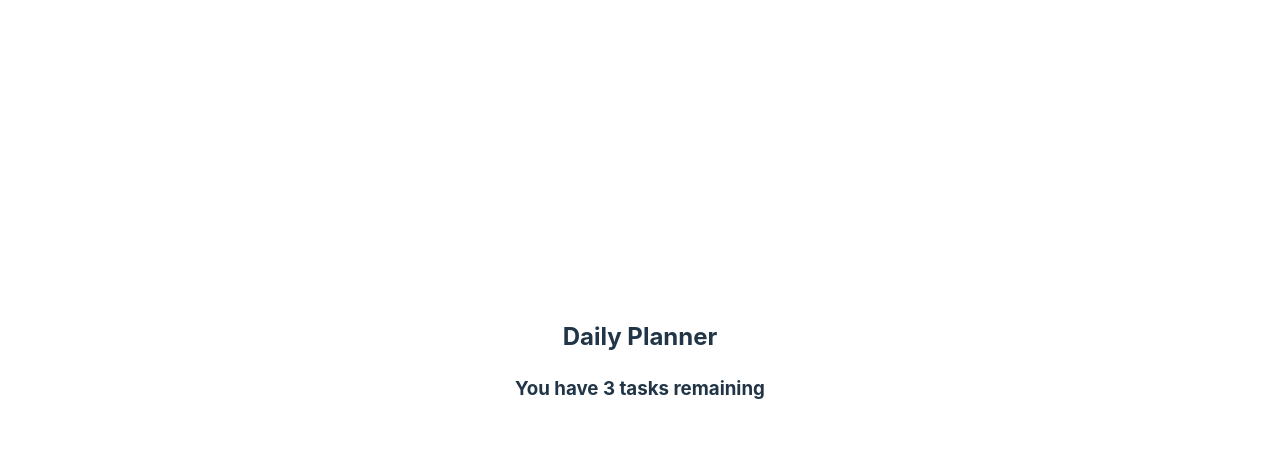
Repository: SamanthaYan298/my_planner
Page: /
These files come from the project's save history. The page is drawn as it stood at one moment and after the next save; the edit follows.
The browser window is 1280 px wide. The pictures show the whole page.
The project was rebuilt for these pictures with package versions that can differ from the ones it lists, and the page was loaded fresh each time. Also part of the build but not shown: vite.config.js.

Above is the page before, as saved 2024-10-07 16:32:26.

After the next save:
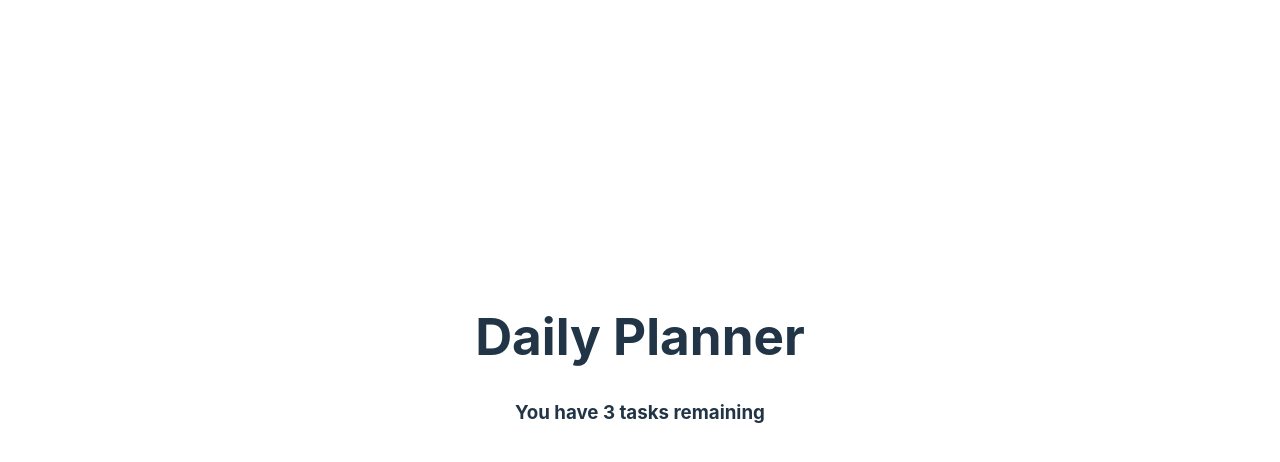
Saved 13 s later.
--- a/src/App.jsx
+++ b/src/App.jsx
@@ -5,7 +5,7 @@ function App() {
 
   return (
     <>
-      <h2>Daily Planner</h2>
+      <h1>Daily Planner</h1>
       <form></form>
       <h3>You have 3 tasks remaining</h3>
     </>
